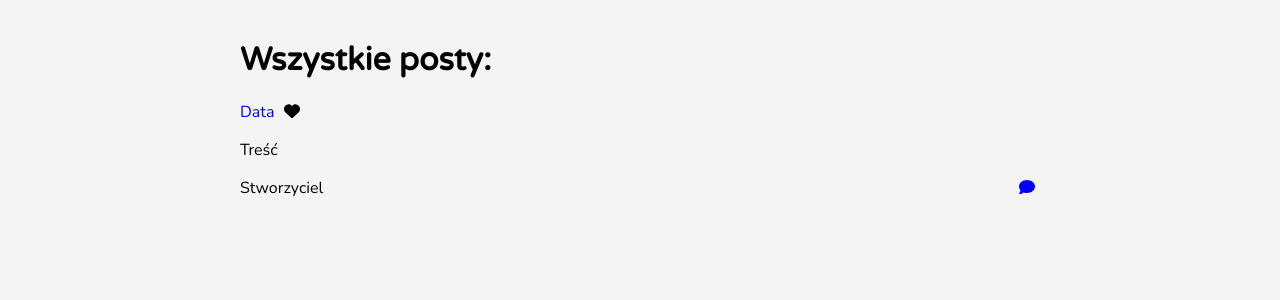
Repository: noisevisionproductions/PlayMeetWebsite
Page: src/main/resources/templates/posts.html
These files come from the project's save history. The page is drawn as it stood at one moment and after the next save; the edit follows.
The browser window is 1280 px wide. The pictures show the whole page.
The page's requests for data from a server got no answer. Some web libraries are served in a nearby version.

Above is the page before, as saved 2024-03-24 19:27:18.

After the next save:
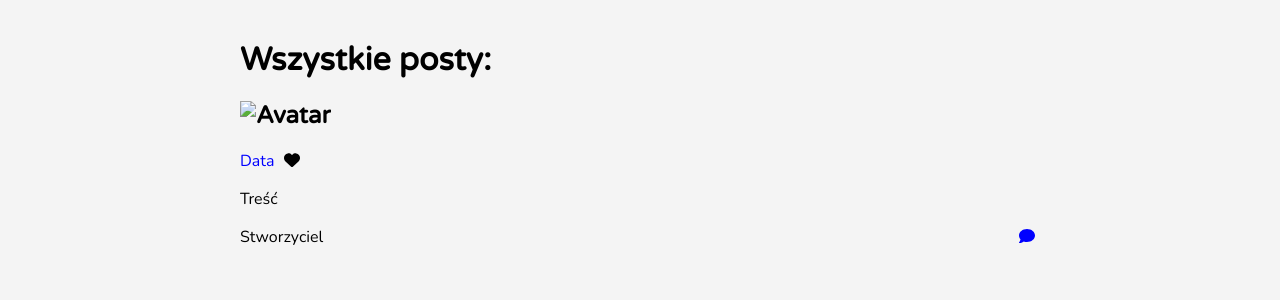
Not found: src/main/resources/templates/img/post/sample_avatar.png
Saved 103 min 23 s later.
--- a/src/main/resources/templates/posts.html
+++ b/src/main/resources/templates/posts.html
@@ -24,7 +24,9 @@
     <div class="container">
         <h1 class="posts-header"> Wszystkie posty:</h1>
         <div id="posts-container">
-            <h2 class="post-sport"></h2>
+            <h2 class="post-avatar">
+                <img src="img/post/sample_avatar.png" alt="Avatar">
+            </h2>
             <span class="post-date">Data</span>
 
             <span class="post-singup"><i class="fas fa-heart"></i></span>
